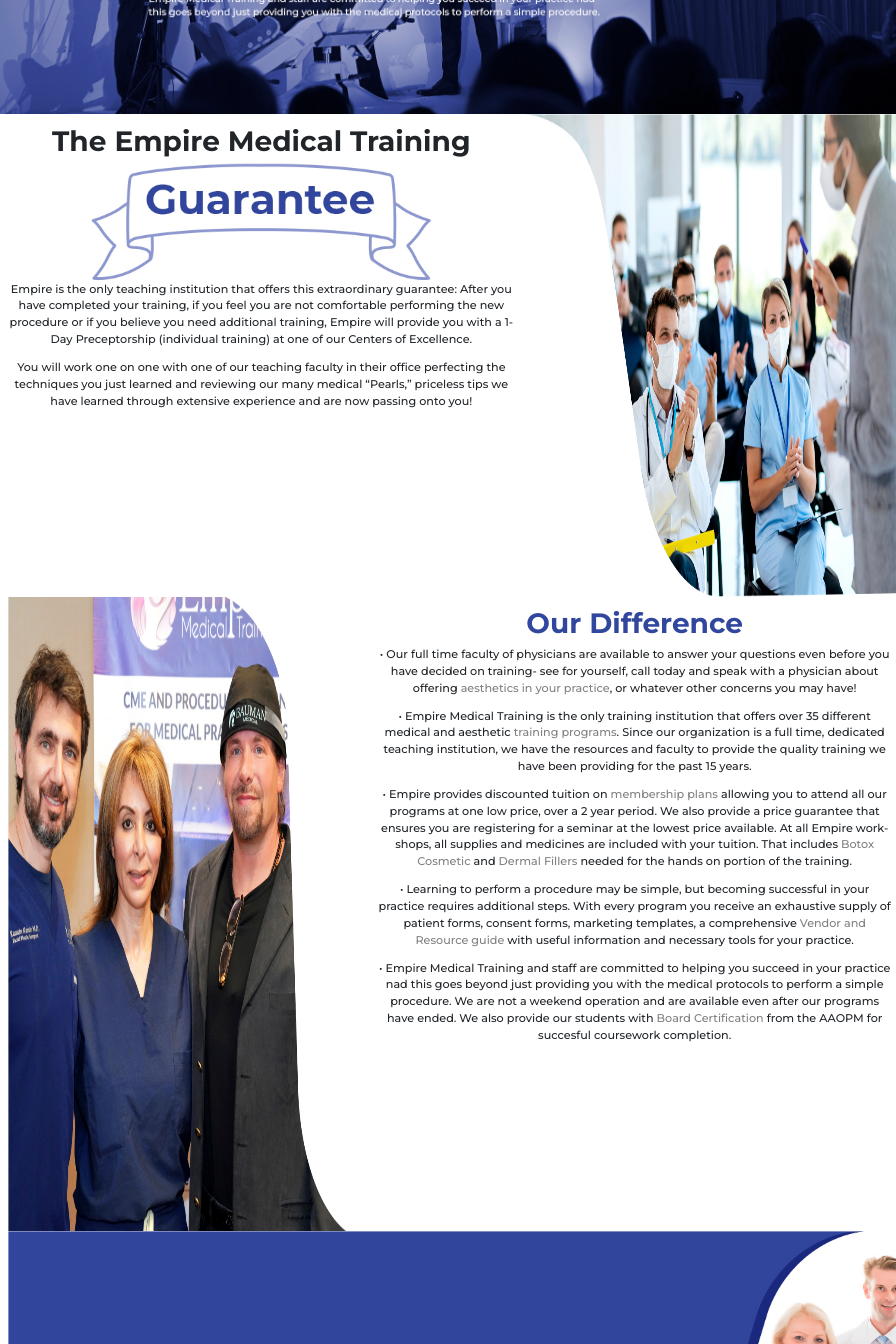
Repository: jorgi710/BODY-CONTOURING-INJECTABLES-AND-ADJUNCT-PROCEDURES
Page: our quarantee/file/src/index.html
The author's editor kept a copy of each file at every save. The page is drawn from the files as they stood at one save, then again after the next save.
The browser window is 1280 px wide. The pictures show the part of the page from y = 397 to 2317 px (the page is 6722 px tall), at 70% of full size.

Above is the page before, as saved 2021-04-06 08:19:08.

After the next save:
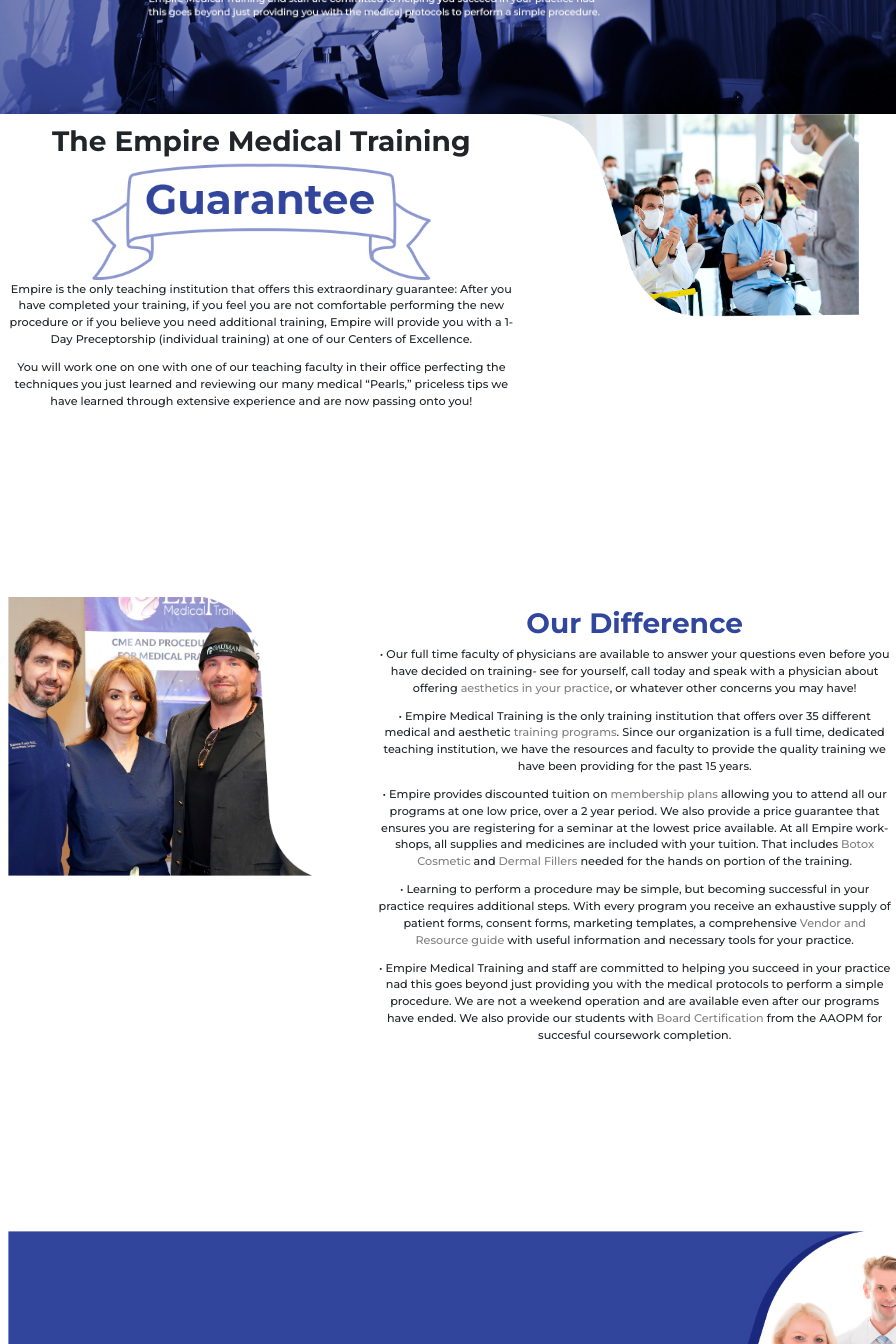
Saved 8 s later.
--- a/our quarantee/file/css/style.css
+++ b/our quarantee/file/css/style.css
@@ -43,6 +43,5 @@
   padding-bottom: 35vmin;
 }
 .section_1 .row .col-md-5 img {
-  width: 100%;
-  height: 100%;
+  width: 90%;
 }
